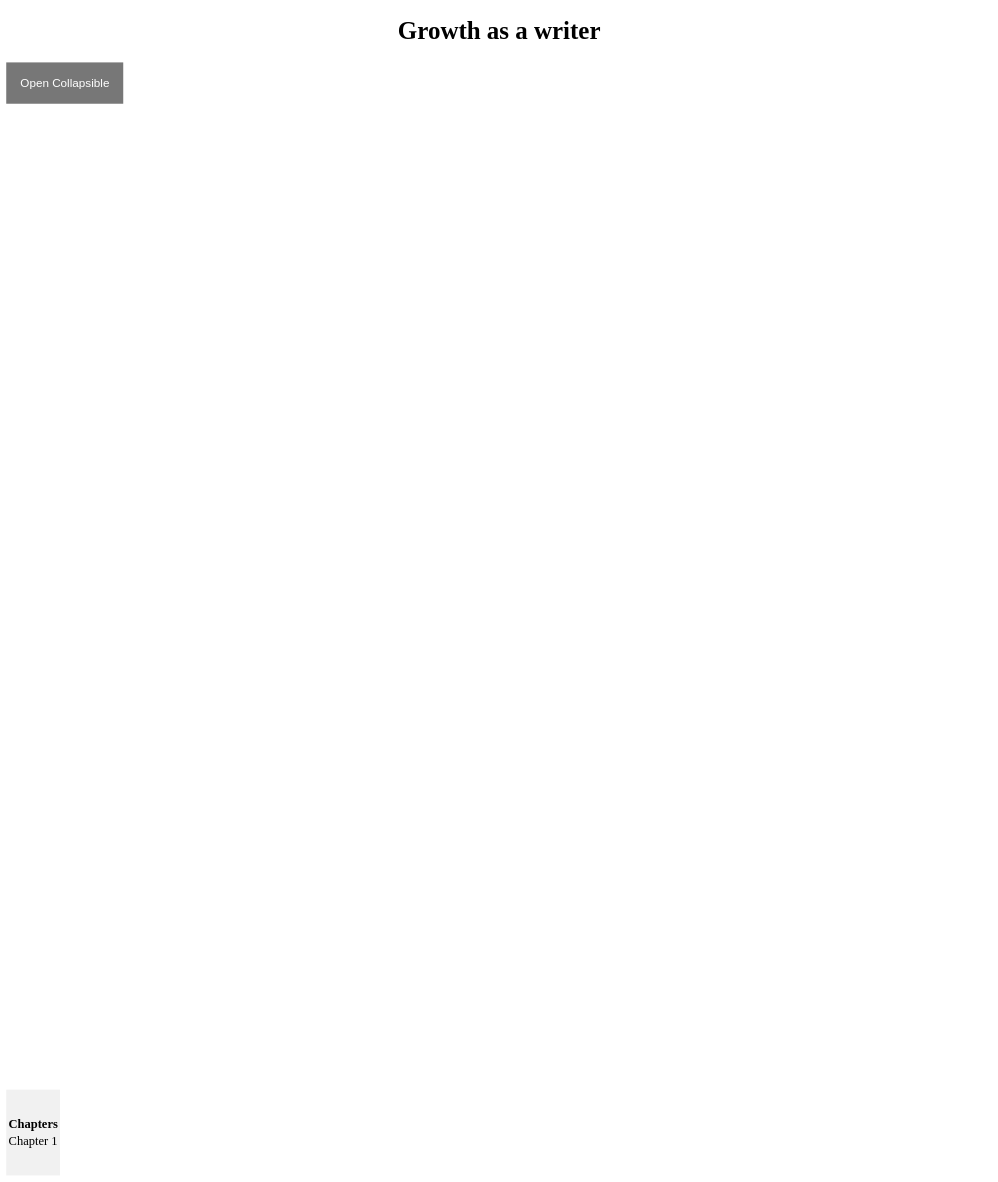
Repository: jpaisiem/WP-4
Page: index.html
These files come from the project's save history. The page is drawn as it stood at one moment and after the next save; the edit follows.
The browser window is 1280 px wide. The pictures show the whole page, at 78% of full size.

Above is the page before, as saved 2025-04-29 12:14:40.

After the next save:
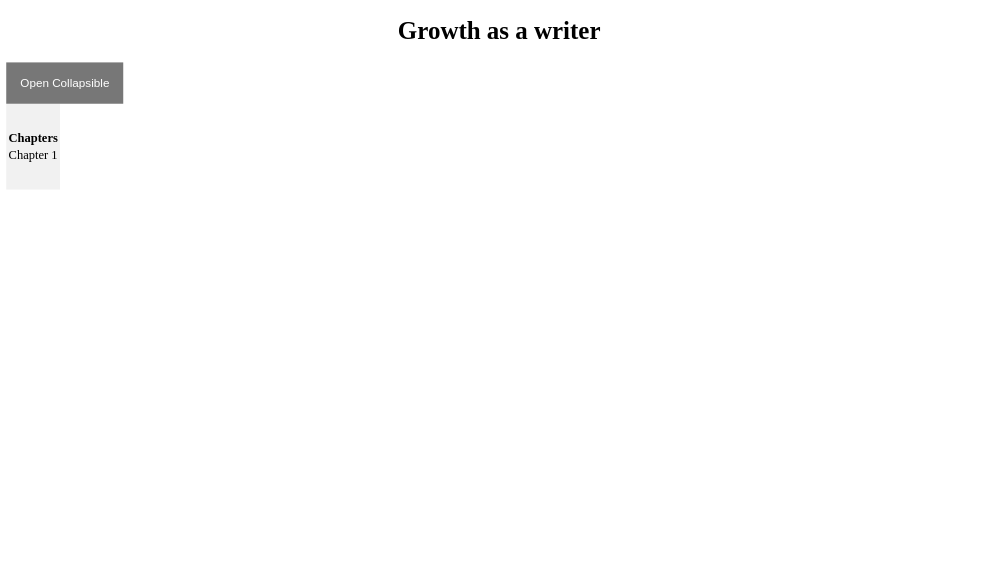
Saved 9 s later.
--- a/index.html
+++ b/index.html
@@ -13,7 +13,6 @@
   text-align: left;
   outline: none;
   font-size: 15px;
-  margin-bottom: 100%;
 }
 
 .active, .collapsible:hover {
